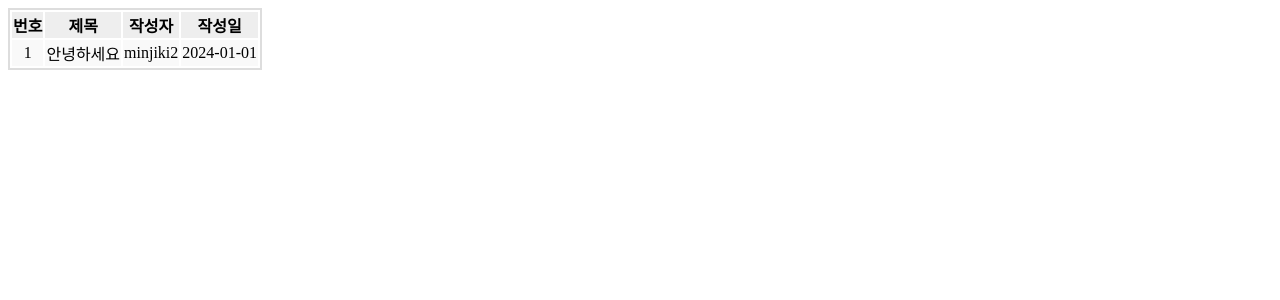
Repository: minjikimkim2222/BBS
Page: http://localhost/BBS/bbs.jsp
These files come from the project's save history. The page is drawn as it stood at one moment and after the next save; the edit follows.
The browser window is 1280 px wide. The pictures show the whole page.
The page is served by Tomcat 9.

Above is the page before, as saved 2024-01-01 12:50:24.

After the next save:
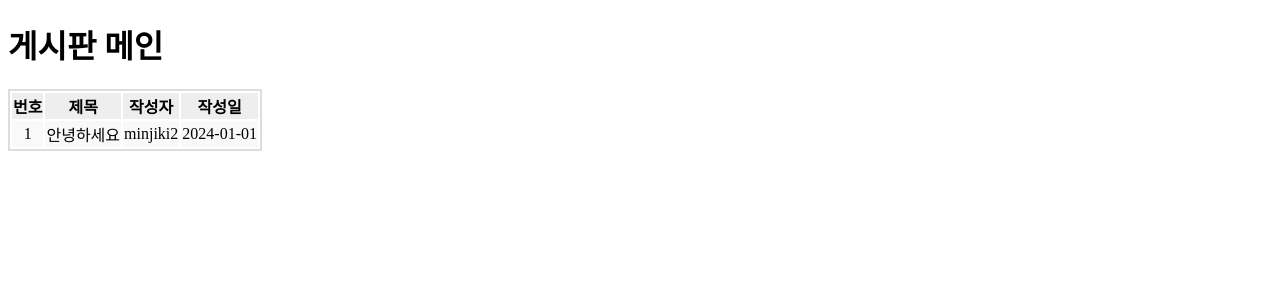
Saved 67 s later.
--- a/BBS/src/main/webapp/bbs.jsp
+++ b/BBS/src/main/webapp/bbs.jsp
@@ -14,6 +14,7 @@
 
 <!-- 게시판 메인 페이지 영역 시작  -->
 
+	<h1>게시판 메인</h1>
 	<div class = "container">
 		<div class = "row">
 			<table class = "table table-striped" style = "text-align : center; border : 2px solid #dddddd">
